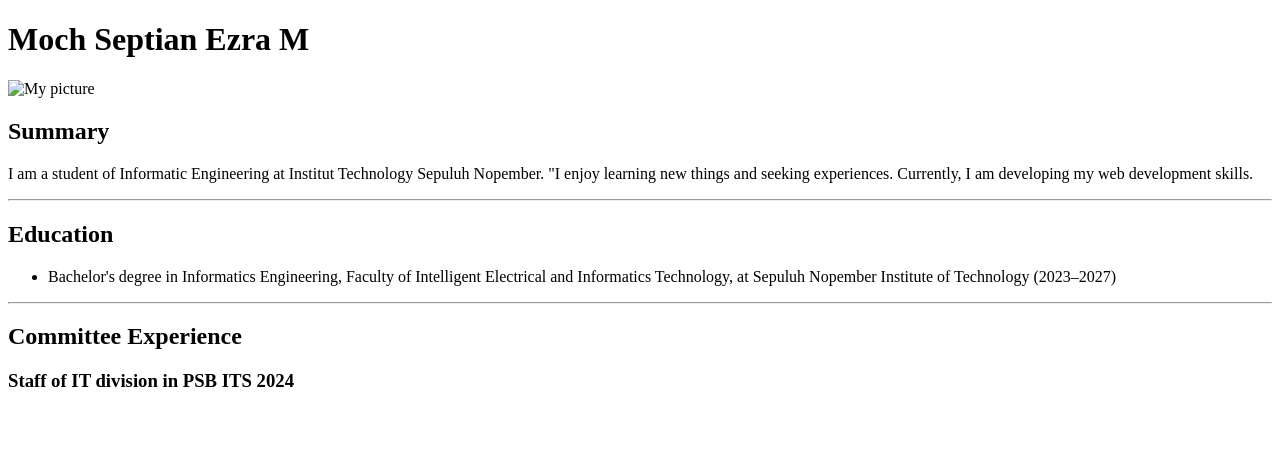
Repository: arzeee/Web_Course
Page: Capstone Project 1/index.html
These files come from the project's save history. The page is drawn as it stood at one moment and after a run of saves; the edit follows.
The browser window is 1280 px wide. The pictures show the whole page.

Above is the page before, as saved 2024-12-06 07:47:20.

### Capstone Project 1/index.html
<!DOCTYPE html>
<html lang="en">
<head>
    <meta charset="UTF-8">
    <meta name="viewport" content="width=device-width, initial-scale=1.0">
    <title>My Resume</title>
</head>
<body>
    <h1>Moch Septian Ezra M</h1>
    <img src="" alt="My picture">

    <h2>Summary</h2>
    <p>I am a student of Informatic Engineering at Institut Technology Sepuluh Nopember. "I enjoy learning new things and seeking experiences. Currently, I am developing my web development skills.</p>
    <hr>

    <h2>Education</h2>
    <ul>
        <li>Bachelor's degree in Informatics Engineering, Faculty of Intelligent Electrical and Informatics Technology, at Sepuluh Nopember Institute of Technology (2023–2027)</li>
    </ul>
    <hr>

    <h2>Committee Experience</h2>
    <h3>Staff of IT division in PSB ITS 2024</h3>

    <h2></h2>
</body>
</html>

After the next 2 saves:
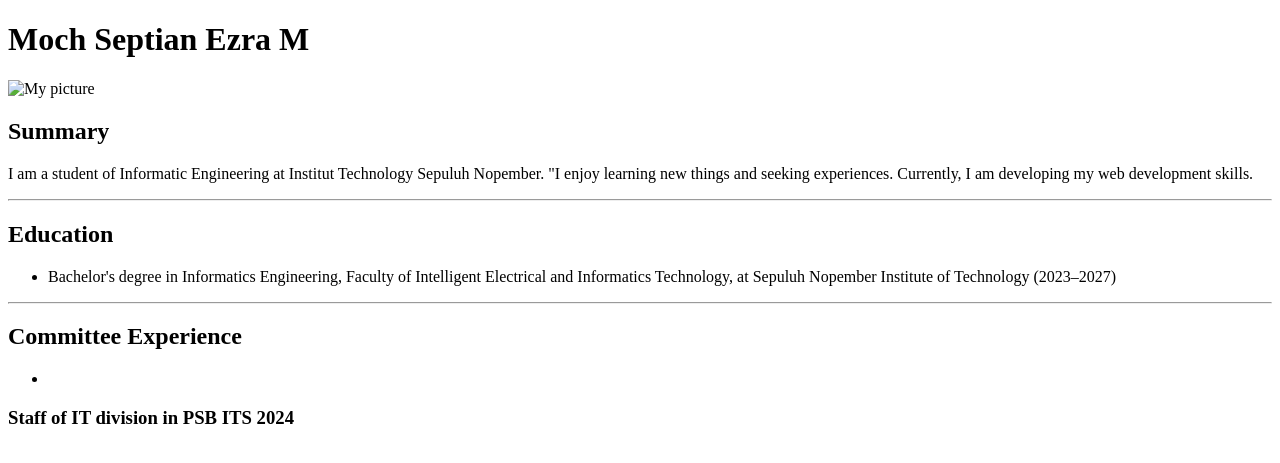
The 2 saves are shown as one change because they came seconds apart.
The last was saved 21 s later.
--- a/Capstone Project 1/index.html
+++ b/Capstone Project 1/index.html
@@ -20,7 +20,9 @@
     <hr>
 
     <h2>Committee Experience</h2>
-    <h3>Staff of IT division in PSB ITS 2024</h3>
+    <ul>
+        <li></li>
+    </ul><h3>Staff of IT division in PSB ITS 2024</h3>
 
     <h2></h2>
 </body>
